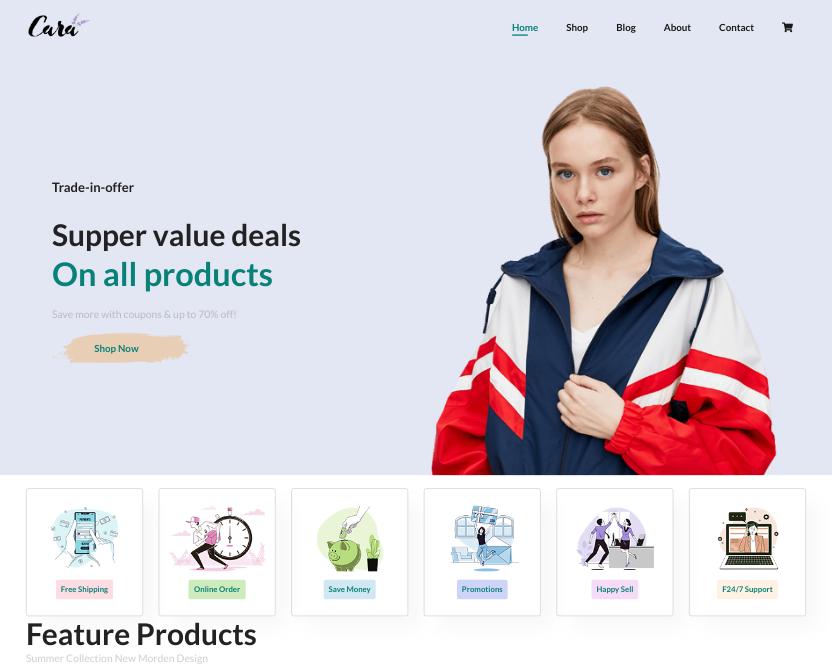
Repository: Nguyenductuan-dev/Website-Clothes
Page: index.html
These files come from the project's save history. The page is drawn as it stood at one moment and after the next save; the edit follows.
The browser window is 1280 px wide. The pictures show the whole page, at 65% of full size.

Above is the page before, as saved 2022-04-26 00:26:43.

### index.html
<!DOCTYPE html>
<html lang="en">
<head>
    <meta charset="UTF-8">
    <meta http-equiv="X-UA-Compatible" content="IE=edge">
    <meta name="viewport" content="width=device-width, initial-scale=1.0">
    <link rel="shortcut icon" href="assets/imgs/favicon.png" type="image/x-icon">
    <link rel="stylesheet" href="https://cdnjs.cloudflare.com/ajax/libs/font-awesome/5.15.1/css/all.min.css" />
    <link rel="preconnect" href="https://fonts.googleapis.com">
    <link rel="preconnect" href="https://fonts.gstatic.com" crossorigin>
    <link href="https://fonts.googleapis.com/css2?family=Lato:wght@400;700&family=Montserrat:ital,wght@0,200;0,300;0,400;0,500;0,600;0,700;1,600&display=swap" rel="stylesheet">
    <link rel="stylesheet" href="assets/css/style.css">
    <title>Website Clothes</title>
</head>
<body>
    <!-- ======================= HEADER ====================== -->
    <header class="header " id="header">
        <div class="header__container container">
            <a href="index.html" class="header__logo">
                <img src="assets/images/logo.png" alt="" class="header__logo-img">
            </a>

            <div class="navbar" id="navbar">
                <ul class="navbar__list">
                    <li class="navbar__item ">
                        <a href="index.html" class="navbar__link navbar__active">Home</a>
                    </li>
                    <li class="navbar__item">
                        <a href="shop.html" class="navbar__link">Shop</a>
                    </li>
                    <li class="navbar__item">
                        <a href="blog.html" class="navbar__link">Blog</a>
                    </li>
                    <li class="navbar__item">
                        <a href="about.html" class="navbar__link">About</a>
                    </li>
                    <li class="navbar__item">
                        <a href="contact.html" class="navbar__link">Contact</a>
                    </li>
                    <li class="navbar__item">
                        <a href="cart.html" class="navbar__link">
                            <i class="fas fa-shopping-cart"></i>
                        </a>
                    </li>
                </ul>
            </div>
        </div>
    </header>

    <!-- ======================= BANNER ====================== -->
    <section class="banner" id="banner">
        <div class="banner__container container">
            <h4>Trade-in-offer</h4>
            <h2>Supper value deals</h2>
            <h1>On all products</h1>
            <p>Save more with coupons & up to 70% off!</p>
            <button class="banner__btn">
                Shop Now
            </button>
        </div>
    </section>

    <!-- ======================= FEATURE ====================== -->
    <section class="feature container" id="feature">
        <div class="feature__box">
            <img src="assets/images/features/f1.png" alt="" class="feature__img">
            <h6 class="feature__title">Free Shipping</h6>
        </div>
        <div class="feature__box">
            <img src="assets/images/features/f2.png" alt="" class="feature__img">
            <h6 class="feature__title">Online Order</h6>
        </div>
        <div class="feature__box">
            <img src="assets/images/features/f3.png" alt="" class="feature__img">
            <h6 class="feature__title">Save Money</h6>
        </div>
        <div class="feature__box">
            <img src="assets/images/features/f4.png" alt="" class="feature__img">
            <h6 class="feature__title">Promotions</h6>
        </div>
        <div class="feature__box">
            <img src="assets/images/features/f5.png" alt="" class="feature__img">
            <h6 class="feature__title">Happy Sell</h6>
        </div>
        <div class="feature__box">
            <img src="assets/images/features/f6.png" alt="" class="feature__img">
            <h6 class="feature__title">F24/7 Support</h6>
        </div>
    </section>

    <!-- ======================= PRODUCTS ====================== -->
    <section class="product1 container" id="product1">
        <h2 class="product1__title">Feature Products</h2>
        <p class="product1__description">Summer Collection New Morden Design</p>
    </section>

    <!-- <script src="assets/js/main.js"></script> -->
</body>
</html>

### assets/css/style.css
* {
    margin: 0;
    padding: 0;
    box-sizing: border-box;
    font-family: 'Lato', sans-serif;
}
h1 {
    font-size: 50px;
    line-height: 64px;
    color: #222;
}
h2 {
    font-size: 46px;
    line-height: 54px;
    color: #222;
}

h4 {
    font-size: 20px;
    line-height: 64px;
    color: #222;
}
h6 {
    font-weight: 700;
    font-size: 12px;
}
p {
    font-size: 16px;
    color: #4444;
}
body {
    width: 100%;
}
.container {
    max-width: 1200px;
    margin: auto;
}
/* ================ HEADER =================== */
.header {
    background-color: #e3e6f3;
    box-shadow: 0 5px 15px rgba(0, 0, 0, .06);
    padding: 20px 0;
}
.header__container {
    max-width: 1200px;
    display: flex;
    justify-content: space-between;
    align-items: center;
    margin: auto;
}
.navbar {
    display: inline-block;
}
.navbar__item {
    display: inline-block;
    list-style: none;
    padding: 0 20px;
    position: relative;
}
.navbar__link {
    text-decoration: none;
    color: #1a1a1a;
    font-size: 15px;
    font-weight: 600;
    transition: .3s ease;

}
.navbar__link:hover,
.navbar__link.navbar__active {
    color: #088178;
}
.navbar__active::after,
.navbar__link:hover::after {
    content: '';
    width: 30%;
    height: 2px;
    background-color: #088178;
    position: absolute;
    bottom: -4px;
    left: 20px;
}
.scroll-header {
    position: fixed;
    top: 0;
    left: 0;
    width: 100%;
    padding: 10px 0;
    transition: .4s;
}
/* ================ BANNER =================== */
.banner {
    background-image: url('../images/hero4.png');
    width: 100%;
    background-position: top 25% right 0;
    background-size: cover;
    padding: 0 80px;
}
.banner__container {
    display: flex;
    height: 90vh;
    flex-direction: column;
    align-items: flex-start;
    justify-content: center;
}
.banner__container h4 {
    padding-bottom: 15px;
}
.banner__container h1 {
    color: #088178;
}
.banner__container p {
    padding: 20px 0;
}
.banner__container .banner__btn {
    background-image: url('../images/button.png');
    background-color: transparent;
    color: #088178;
    border: none;
    padding: 14px 80px 14px 65px;
    background-repeat: no-repeat;
    cursor: pointer;
    font-weight: 700;
    font-size: 15px;
}
/* ================ FEATURE =================== */
.feature {
    display: flex;
    justify-content: space-between;
    align-items: center;
    flex-wrap: wrap;
}
.feature__box {
    width: 180px;
    box-shadow: 20px 20px 34px rgba(0, 0, 0, .03);
    border: 1px solid #ccc;
    text-align: center;
    padding: 25px 15px;
    border-radius: 4px;
    margin-top: 20px;
}
.feature__box:hover {
    box-shadow: 10px 10px 54px rgba(70, 62, 211, .1);
}
.feature__img {
    width: 100%;
    margin-bottom: 10px;
}
.feature__title {
    padding: 9px 8px;
    line-height: 1;
    border-radius: 3px;
    color: #088178;
    background-color: #fddde4;
    display: inline-block;
}
.feature__box:nth-child(2) .feature__title {
    background-color: #cdebbc;
}
.feature__box:nth-child(3) .feature__title {
    background-color: #d1e8f2;
}
.feature__box:nth-child(4) .feature__title {
    background-color: #cdd4f8;
}
.feature__box:nth-child(5) .feature__title {
    background-color: #f6dbf6;
}
.feature__box:nth-child(6) .feature__title {
    background-color: #fff2e5;
}

After the next save:
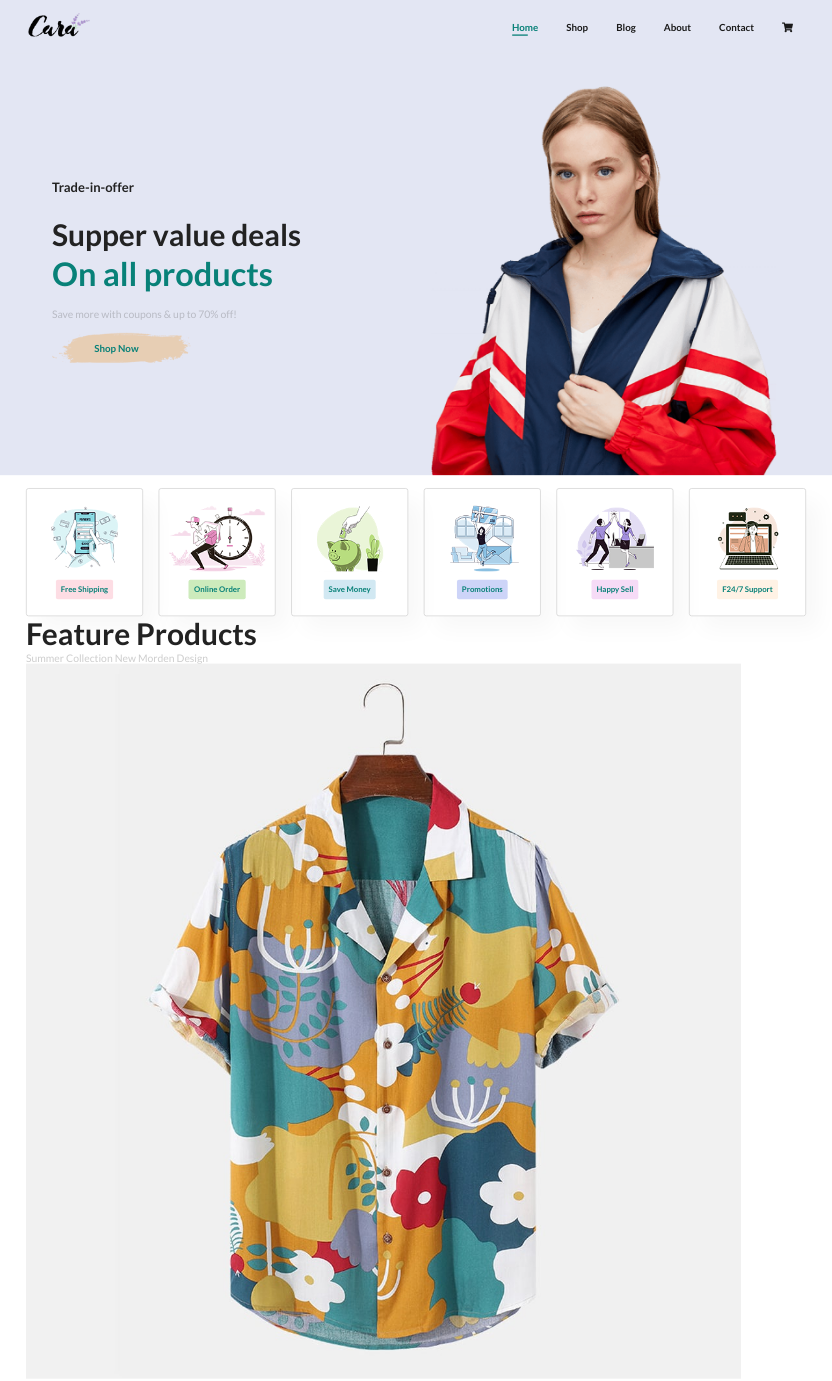
Saved 2 min 33 s later.
--- a/index.html
+++ b/index.html
@@ -92,6 +92,13 @@
     <section class="product1 container" id="product1">
         <h2 class="product1__title">Feature Products</h2>
         <p class="product1__description">Summer Collection New Morden Design</p>
+        <div class="product1__list">
+            <div class="product1__item">
+                <a href="" class="product1__link">
+                    <img src="assets/images/products/f1.jpg" alt="" class="product1__img">
+                </a>
+            </div>
+        </div>
     </section>
 
     <!-- <script src="assets/js/main.js"></script> -->
